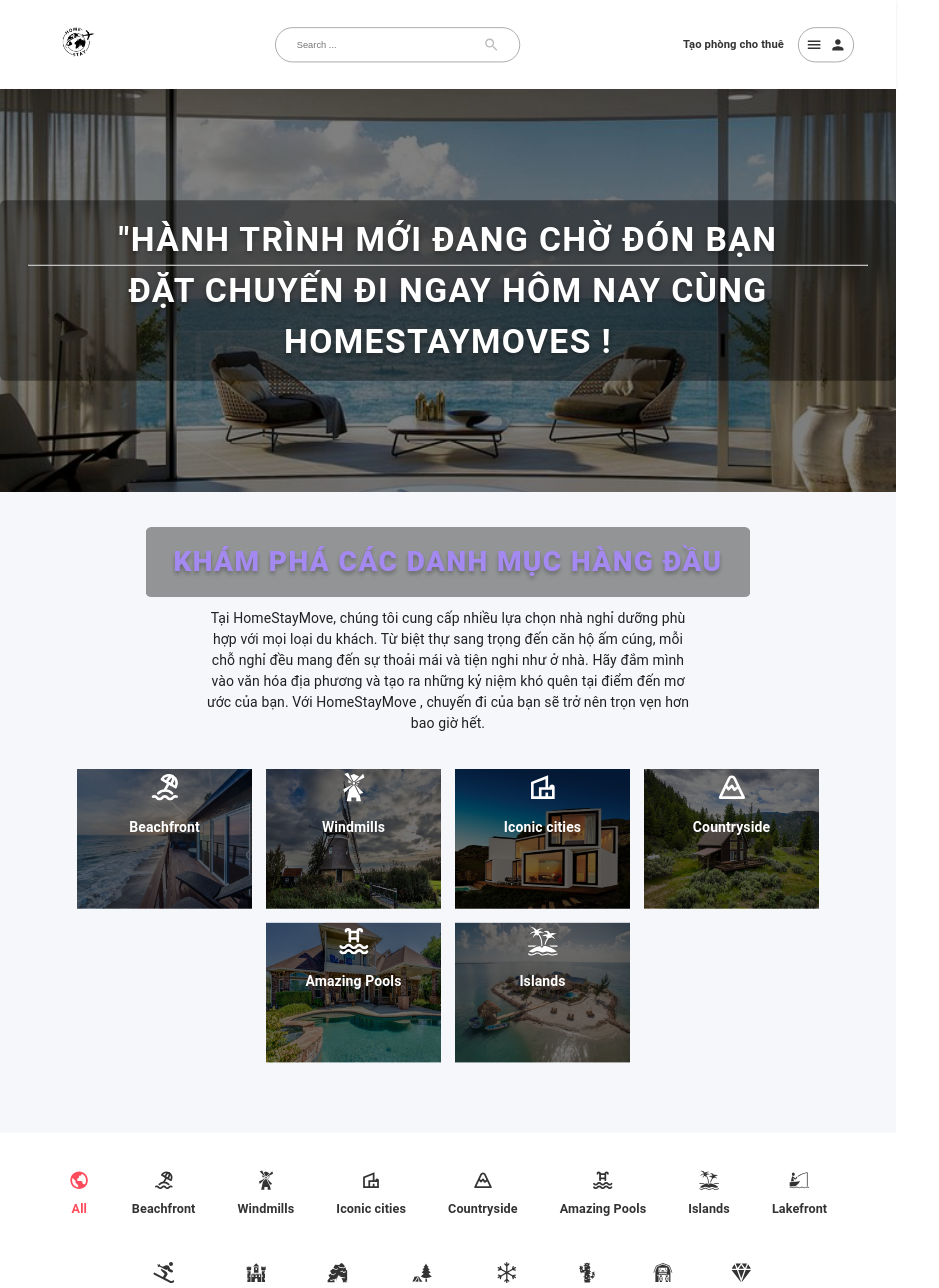
Repository: minhquang203/Homestay
Page: / (app in client/)
These files come from the project's save history. The page is drawn as it stood at one moment and after the next save; the edit follows.
The browser window is 1280 px wide. The page is 1342 px wide, so the pictures cover 1342 px, including what lies to the right of the window. The pictures show the part of the page from y = 0 to 1840 px (the page is 2839 px tall before and 2829 px after), at 70% of full size.
The page's requests for data from a server got no answer. The project was rebuilt for these pictures with package versions that can differ from the ones it lists, and the page was loaded fresh each time. No one was signed in, and anything a server would have sent is missing. Also part of the build but not shown: client/src/styles/ListingCard.scss, client/src/components/ListingCard.jsx, client/src/styles/variable.scss, client/src/styles/List.scss, client/src/pages/CategoryPage.jsx, client/src/styles/CreateListing.scss, client/src/pages/CreateListing.jsx, client/src/styles/ListingDetails.scss and 17 more.

Above is the page before, as saved 2025-04-03 22:38:48.

After the next save:
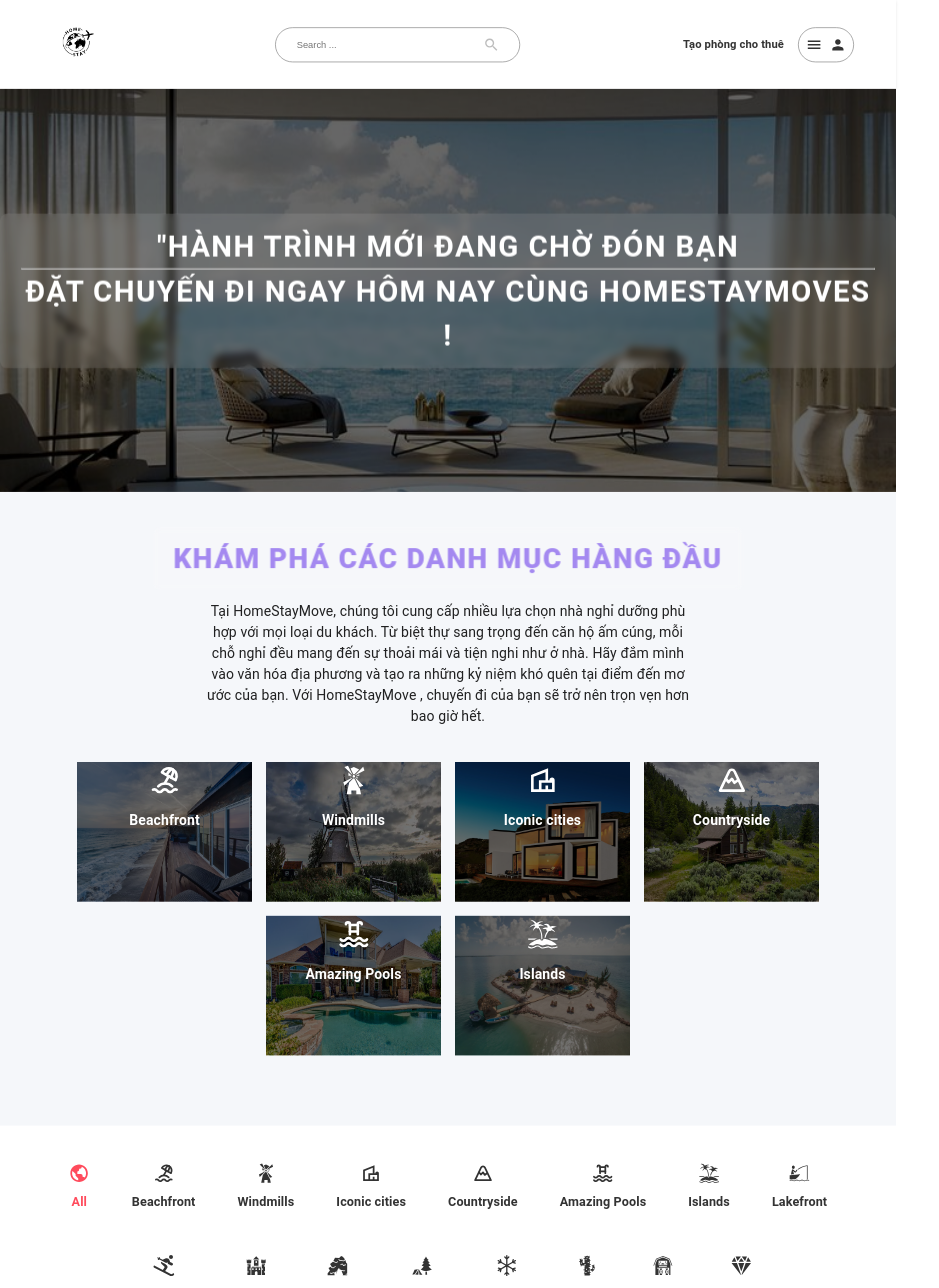
Saved 16 s later.
--- a/client/src/styles/Slide.scss
+++ b/client/src/styles/Slide.scss
@@ -1,42 +1,44 @@
 .slidePage {
   width: 100vw;
   height: 80vh;
-  background: linear-gradient(180deg, rgba(0, 0, 0, 0.5), rgba(0, 0, 0, 0.5)),
+  background: linear-gradient(rgba(0, 0, 0, 0.6), rgba(0, 0, 0, 0.6)),
     url("../../public/assets/slide.jpg");
   background-position: center;
-  background-size: cover;
+  background-size: cover; /* Đảm bảo ảnh nền phủ đầy màn hình */
   background-repeat: no-repeat;
+
   display: flex;
   justify-content: center;
   align-items: center;
   text-align: center;
   position: relative;
 
-  animation: fadeIn 1.5s ease-out forwards;
+  animation: fadeInUp 1.5s ease-out forwards;
 }
 
-/* Hiệu ứng fade-in mượt mà */
-@keyframes fadeIn {
+/* Hiệu ứng fade-in kết hợp slide-in từ dưới lên */
+@keyframes fadeInUp {
   0% {
     opacity: 0;
+    transform: translateY(50px);
   }
   100% {
     opacity: 1;
+    transform: translateY(0);
   }
 }
 
 h1 {
-  font-size: 48px;
-  font-weight: 700;
+  padding: 20px;
+  font-size: 42px;
+  font-weight: bold;
   text-transform: uppercase;
   letter-spacing: 2px;
   color: white;
+  z-index: 1;
   position: relative;
-  z-index: 1;
-  padding: 20px 40px;
-  border-radius: 8px;
-  background: rgba(0, 0, 0, 0.4); /* Nền mờ nhẹ */
-
-  /* Tạo hiệu ứng bóng đổ nhẹ cho chữ */
-  text-shadow: 0 4px 6px rgba(0, 0, 0, 0.3);
+  background: rgba(255, 255, 255, 0.1); /* Tạo hiệu ứng nền mờ cho tiêu đề */
+  padding: 15px 30px;
+  border-radius: 10px;
+  backdrop-filter: blur(5px);
 }
